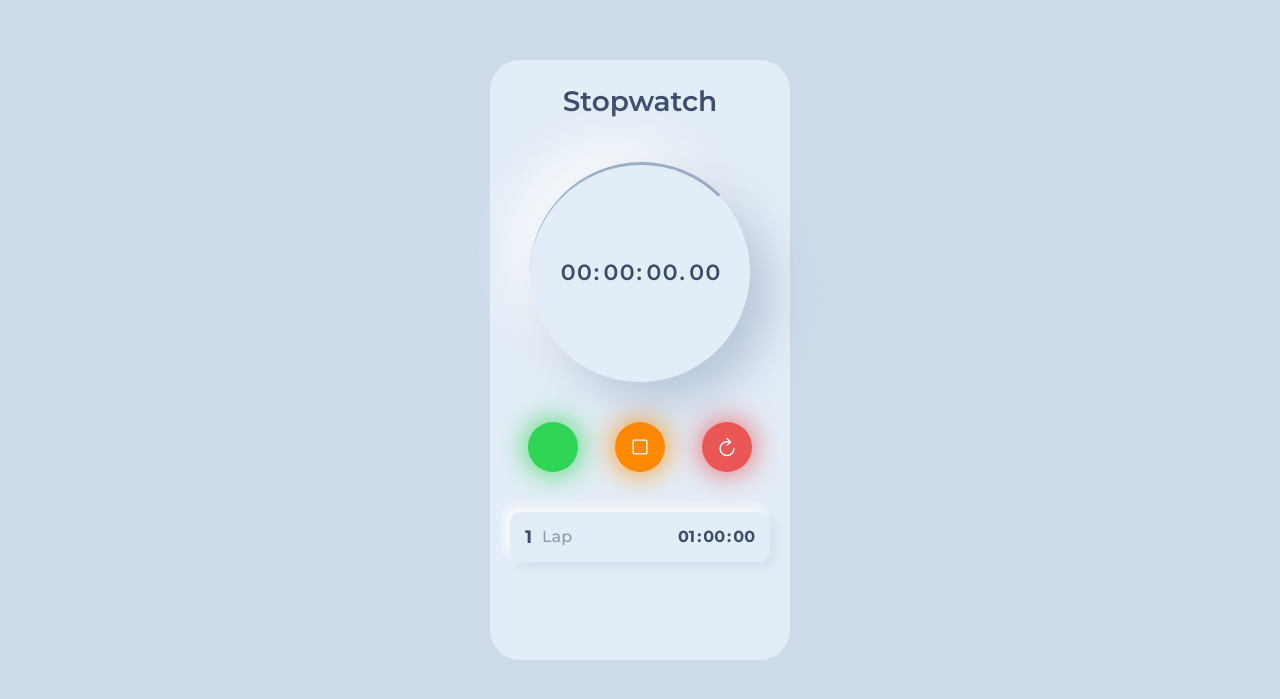
Repository: dinhtri123/stopwatch
Page: index.html
The author's editor kept a copy of each file at every save. The page is drawn from the files as they stood at one save, then again after a run of saves.
The browser window is 1280 px wide. The pictures show the whole page.

Above is the page before, as saved 2023-01-05 10:34:43.
Console error: TypeError: Cannot read properties of null (reading '')

After the next 4 saves:
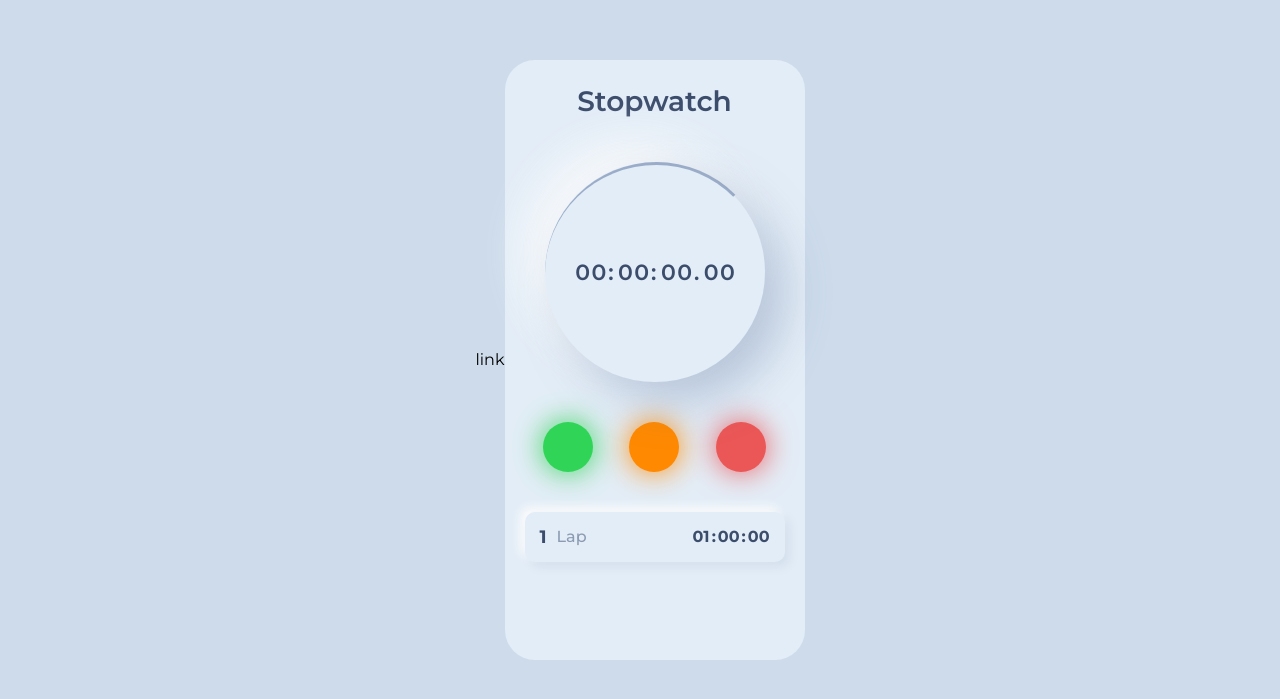
The 4 saves are shown as one change because they came seconds apart.
The last was saved 34 s later.
--- a/index.html
+++ b/index.html
@@ -4,14 +4,7 @@
     <meta charset="UTF-8" />
     <meta http-equiv="X-UA-Compatible" content="IE=edge" />
     <meta name="viewport" content="width=device-width, initial-scale=1.0" />
-    <script
-      type="module"
-      src="https://unpkg.com/ionicons@5.5.2/dist/ionicons/ionicons.esm.js"
-    ></script>
-    <script
-      nomodule
-      src="https://unpkg.com/ionicons@5.5.2/dist/ionicons/ionicons.js"
-    ></script>
+    link
     <title>Stop Watch</title>
     <link rel="stylesheet" href="style.css" />
   </head>

After the 2 saves that followed:
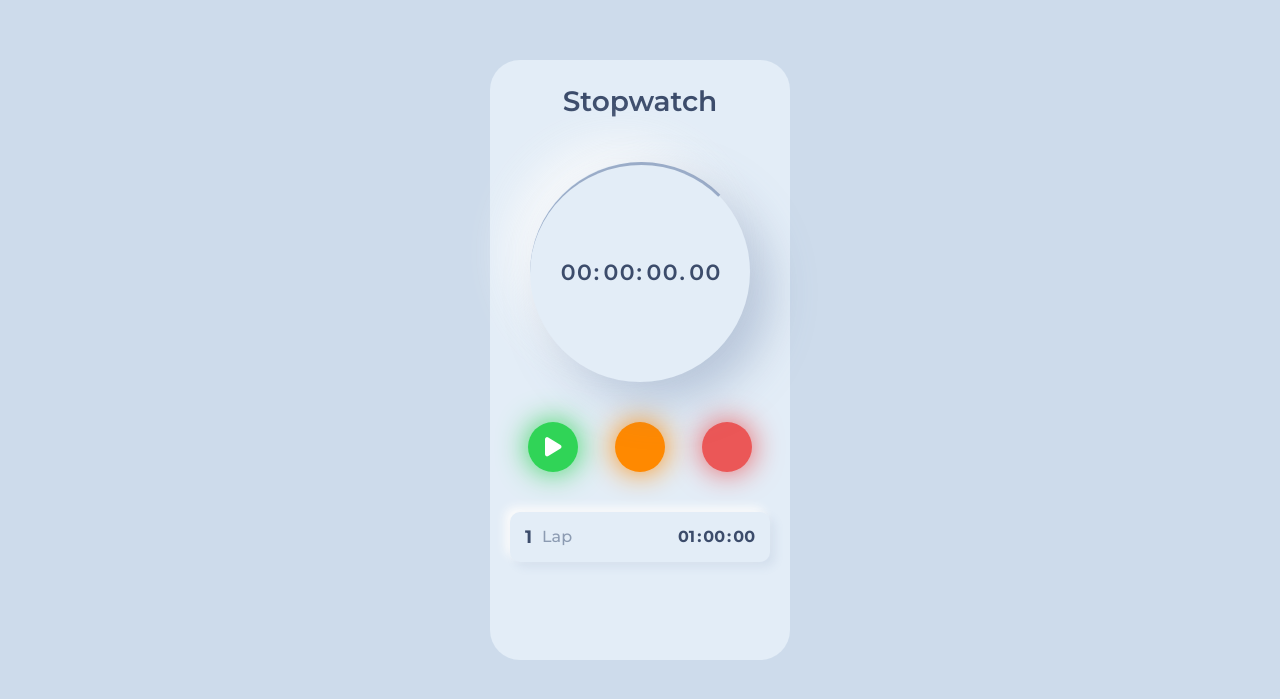
The 2 saves are shown as one change because they came seconds apart.
The last was saved 5 s later.
--- a/index.html
+++ b/index.html
@@ -4,7 +4,10 @@
     <meta charset="UTF-8" />
     <meta http-equiv="X-UA-Compatible" content="IE=edge" />
     <meta name="viewport" content="width=device-width, initial-scale=1.0" />
-    link
+    <link
+      rel="stylesheet"
+      href="https://cdnjs.cloudflare.com/ajax/libs/font-awesome/6.2.1/css/all.min.css"
+    />
     <title>Stop Watch</title>
     <link rel="stylesheet" href="style.css" />
   </head>
